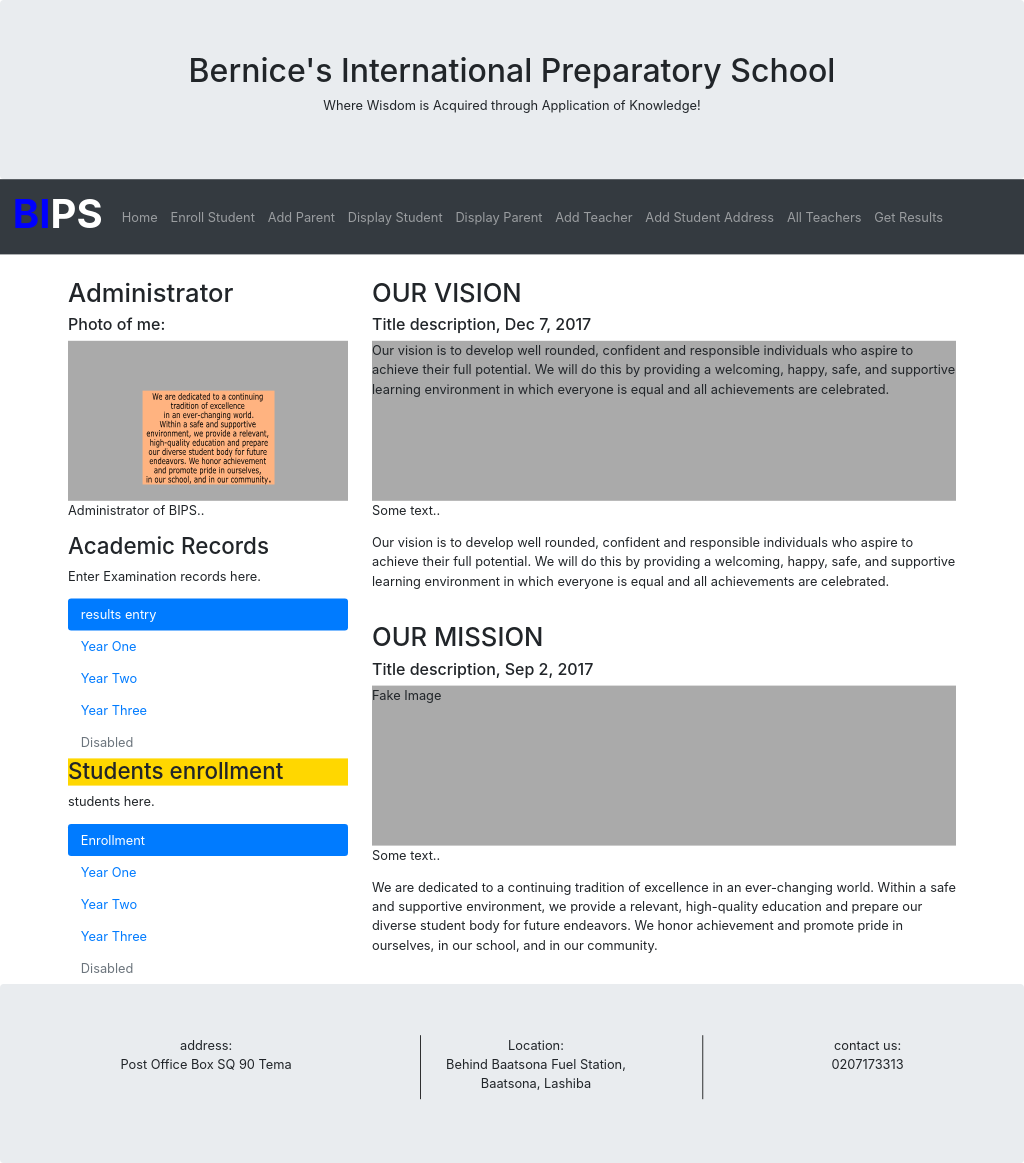
Repository: joseackah/eclipse-workspace
Page: http://localhost/com.school.mgt.system.Front.End/WEB-INF/views/adminPageExample.jsp
The author's editor kept a copy of each file at every save. The page is drawn from the files as they stood at one save, then again after the next save.
The browser window is 1280 px wide. The pictures show the whole page, at 80% of full size.
The page is served by Tomcat 9. Nobody is signed in. Other server files are loaded and not shown. The template is opened directly, without the code that normally fills it, so the values that code supplies are empty.

Above is the page before, as saved 2021-08-12 21:09:23.

### com.school.mgt.system.Front.End/src/main/webapp/WEB-INF/views/adminPageExample.jsp
<%@ page language="java" contentType="text/html; charset=ISO-8859-1"
    pageEncoding="ISO-8859-1"%>
<!DOCTYPE html>
<html>
<head>
<meta charset="ISO-8859-1">
<title>Home Page</title>
<meta charset="utf-8">
  <meta name="viewport" content="width=device-width, initial-scale=1">
  <link rel="stylesheet" href="https://maxcdn.bootstrapcdn.com/bootstrap/4.5.2/css/bootstrap.min.css">
  <script src="https://ajax.googleapis.com/ajax/libs/jquery/3.5.1/jquery.min.js"></script>
  <script src="https://cdnjs.cloudflare.com/ajax/libs/popper.js/1.16.0/umd/popper.min.js"></script>
  <script src="https://maxcdn.bootstrapcdn.com/bootstrap/4.5.2/js/bootstrap.min.js"></script>
  <style>
  .fakeimg {
    height: 200px;
    background: #aaa;
  }
  </style>
</head>
<body>
<div class="jumbotron text-center" style="margin-bottom:0">
  <h1>Bernice's International Preparatory School</h1>
  <p>Where Wisdom is Acquired through Application of Knowledge!</p>
</div>

<nav class="navbar navbar-expand-sm bg-dark navbar-dark">
  <a class="navbar-brand" href="#"><h1 style="font-size: 50px; font-weight: bold;"><span style="color:blue; font-size:;">BI</span>PS </h1></a>
  <button class="navbar-toggler" type="button" data-toggle="collapse" data-target="#collapsibleNavbar">
    <span class="navbar-toggler-icon"></span>
  </button>
  <div class="collapse navbar-collapse" id="collapsibleNavbar">
    <ul class="navbar-nav">
      <li class="nav-item">
        <a class="nav-link" href="${pageContext.request.contextPath}/general/homePage">Home</a>
      </li>
      <li class="nav-item">
        <a class="nav-link" href="${pageContext.request.contextPath}/schoolStudents/moreStudentsForm">Enroll Student</a>
      </li>
      <li class="nav-item">
        <a class="nav-link" href="${pageContext.request.contextPath}/schoolParents/showParentForm">Add Parent</a>
      </li>
      <li class="nav-item">
        <a class="nav-link" href="${pageContext.request.contextPath}/schoolStudents/displayStudents">Display Student</a>
      </li>
      <li class="nav-item">
        <a class="nav-link" href="${pageContext.request.contextPath}/schoolParents/displayParents">Display Parent</a>
      </li>
      <li class="nav-item">
        <a class="nav-link" href="${pageContext.request.contextPath}/schoolStudents/showStudentsForm">Add Teacher</a>
      </li>
      <li class="nav-item">
        <a class="nav-link" href="${pageContext.request.contextPath}/studentAddress/displayStudentAddress">Add Student Address</a>
      </li>
      <li class="nav-item">
        <a class="nav-link" href="${pageContext.request.contextPath}/schoolTeachers/displayTeachers">All Teachers</a>
      </li>
      <li class="nav-item">
        <a class="nav-link" href="${pageContext.request.contextPath}/general/lowerResults">Get Results</a>
      </li>
    </ul>
  </div>
</nav>

<div class="container" style="margin-top:30px">
  <div class="row">
    <div class="col-sm-4">
      <h2>Administrator</h2>
      <h5>Photo of me:</h5>
      <div class="fakeimg"> <img alt="our mision" src="${pageContext.request.contextPath}/resources/svg/mission.svg" style="width:100%; height:120%;"/>  </div>
      <p>Administrator of BIPS..</p>

    <!--   academic record start here -->

      <h3>Academic Records</h3>
      <p>Enter Examination records here.</p>
      <ul class="nav nav-pills flex-column">
        <li class="nav-item">
          <a class="nav-link active" href="#">results entry</a>
        </li>
        <li class="nav-item">
          <a class="nav-link" href="#">Year One</a>
        </li>
        <li class="nav-item">
          <a class="nav-link" href="#">Year Two</a>
        </li>
        <li class="nav-item">
          <a class="nav-link" href="#">Year Three</a>
        </li>
        <li class="nav-item">
          <a class="nav-link disabled" href="#">Disabled</a>
        </li>
      </ul>
      <hr class="d-sm-none">

      <!-- academic record ends here -->

      <!-- student starts here -->
       <h3 style="background-color:gold;">Students enrollment</h3>
      <p>students here.</p>
      <ul class="nav nav-pills flex-column">
        <li class="nav-item">
          <a class="nav-link active">Enrollment</a>
        </li>
        <li class="nav-item">
          <a class="nav-link" href="#">Year One</a>
        </li>
        <li class="nav-item">
          <a class="nav-link" href="#">Year Two</a>
        </li>
        <li class="nav-item">
          <a class="nav-link" href="#">Year Three</a>
        </li>
        <li class="nav-item">
          <a class="nav-link disabled" href="#">Disabled</a>
        </li>
      </ul>
      <hr class="d-sm-none">
    <!--   students ends here -->
    </div>
    <div class="col-sm-8">
      <h2>OUR VISION</h2>
      <h5>Title description, Dec 7, 2017</h5>
      <div class="fakeimg">Our vision is to develop well rounded, confident and responsible individuals who aspire to achieve their full potential. We will do this by providing a welcoming, happy, safe, and supportive learning environment in which everyone is equal and all achievements are celebrated. </div>
      <p>Some text..</p>
      <p>Our vision is to develop well rounded, confident and responsible individuals who aspire to achieve their full potential. We will do this by providing a welcoming, happy, safe, and supportive learning environment in which everyone is equal and all achievements are celebrated. </p>
      <br>
      <h2>OUR MISSION</h2>
      <h5>Title description, Sep 2, 2017</h5>
      <div class="fakeimg">Fake Image</div>
      <p>Some text..</p>
      <p>We are dedicated to a continuing tradition of excellence in an ever-changing world. Within a safe and supportive environment, we provide a relevant, high-quality education and prepare our diverse student body for future endeavors. We honor achievement and promote pride in ourselves, in our school, and in our community.</p>
    </div>
  </div>
</div>

<div class="jumbotron text-center" style="margin-bottom:0; align-context: space-between;">
<div style="justify-content: center;">
<div style="display: flex; float: center; justify-content: center;">
<p style="margin-right: 10em">address: <br /> Post Office Box SQ 90 Tema</p> <p style="border-left: 1px solid black; height: 80px; position:fix; left: 35%; padding-right: 2em;"> </p>
<p style="display: flex; float: right;"> Location: <br /> Behind Baatsona Fuel Station, <br> Baatsona, Lashiba </p> <P style="border-left: 1px solid black; height: 80px; position:fix; right: 50%; margin-left: 6em;"> </P>
<p style="margin-left: 10em">contact us:<br/> 0207173313</p>
</div>


</div>
</div>

</body>
</html>

Loaded but not shown: com.school.mgt.system.Front.End/src/main/resources/static/svg/mission.svg (1165 lines, source omitted)

After the next save:
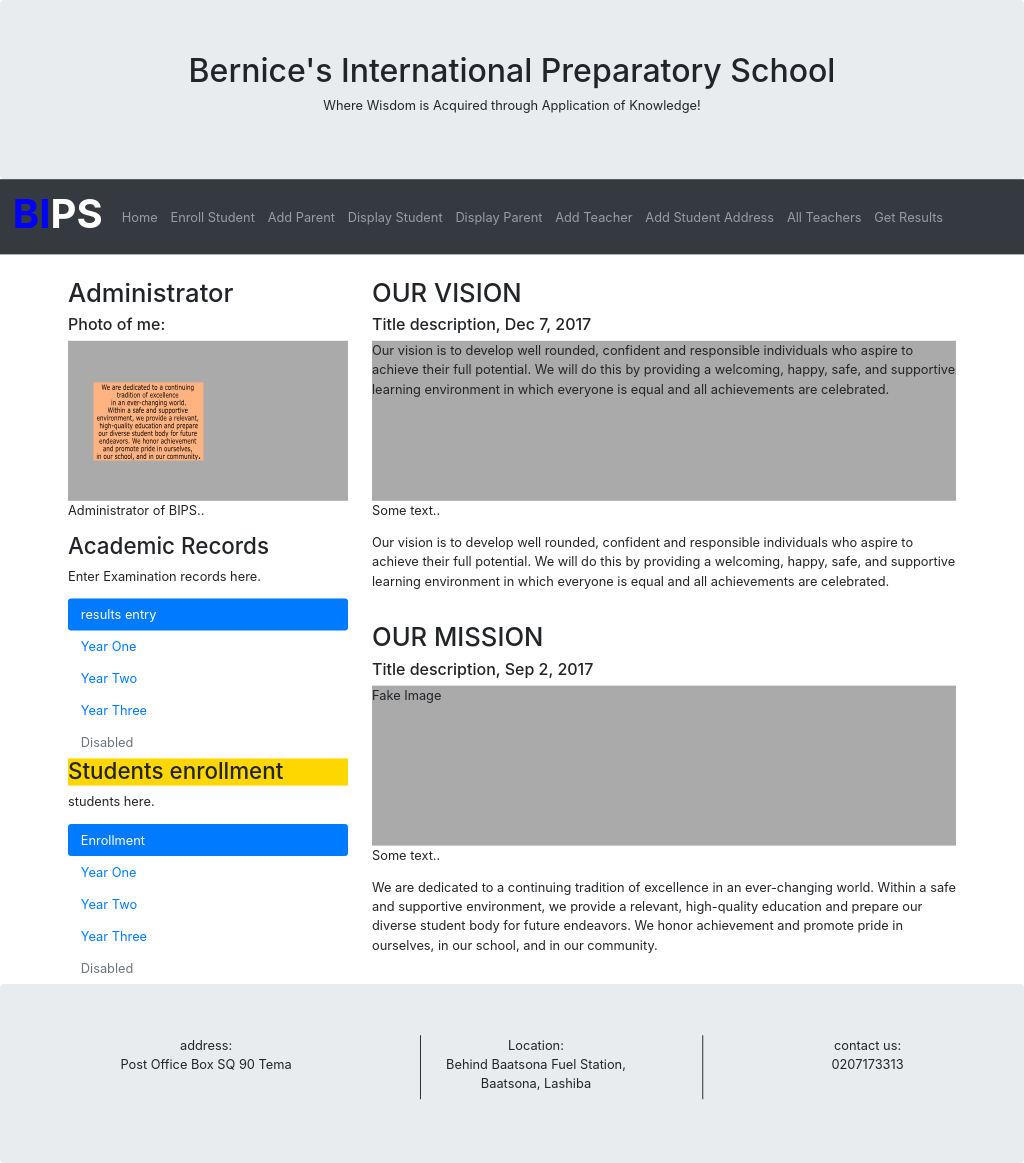
Saved 52 s later.
--- a/com.school.mgt.system.Front.End/src/main/webapp/WEB-INF/views/adminPageExample.jsp
+++ b/com.school.mgt.system.Front.End/src/main/webapp/WEB-INF/views/adminPageExample.jsp
@@ -67,7 +67,7 @@
     <div class="col-sm-4">
       <h2>Administrator</h2>
       <h5>Photo of me:</h5>
-      <div class="fakeimg"> <img alt="our mision" src="${pageContext.request.contextPath}/resources/svg/mission.svg" style="width:100%; height:120%;"/>  </div>
+      <div class="fakeimg"> <img alt="our mision" src="${pageContext.request.contextPath}/resources/svg/mission.svg" style="width:200px; height:200px;"/>  </div>
       <p>Administrator of BIPS..</p>
 
     <!--   academic record start here -->
